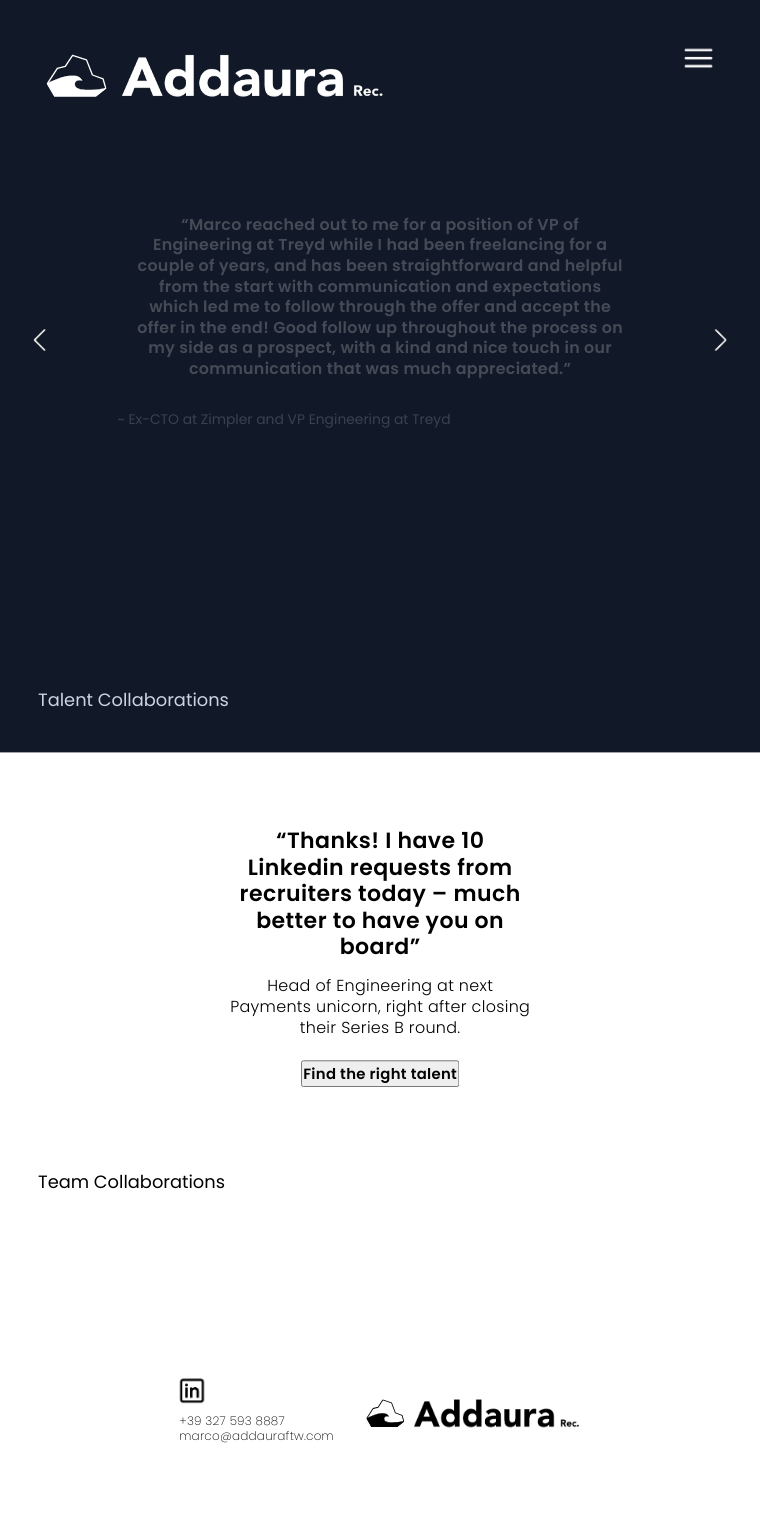
Repository: UnatPannu/Addaura-Trial
Page: public/clients.html
An editor plug-in stored every save of this project. The page is shown before and after the next save, followed by the edit.
The browser window is 768 px wide. The pictures show the whole page, at 99% of full size.

Above is the page before, as saved 2025-09-22 19:37:29.

After the next save:
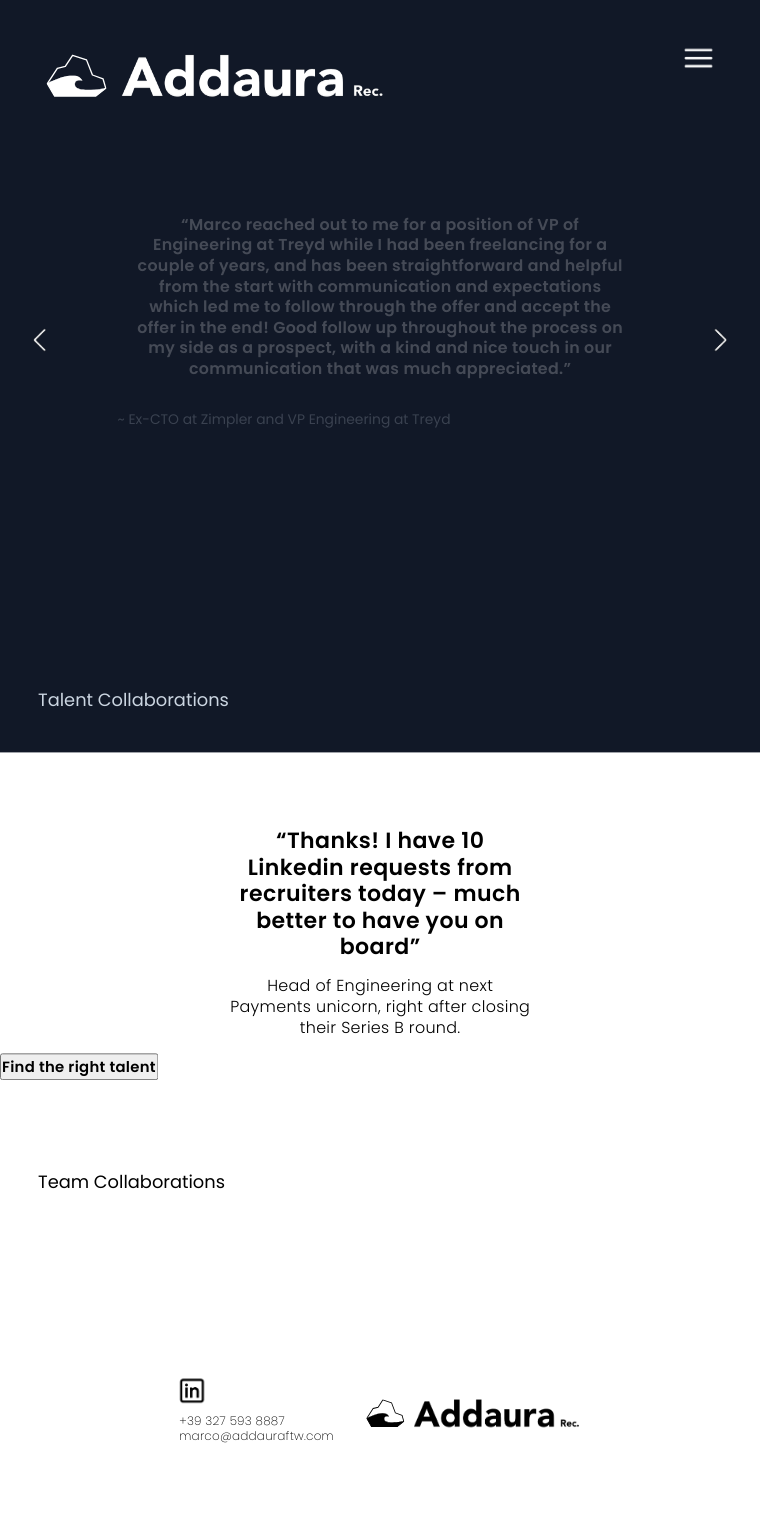
Saved 7 s later.
--- a/public/styles/clients.css
+++ b/public/styles/clients.css
@@ -158,5 +158,8 @@
   .logo-container.dark{
     display:none;
   }
-  .mobile-cta
+  .mobile-cta{
+    display:block;
+
+  }
 }

After the 2 saves that followed:
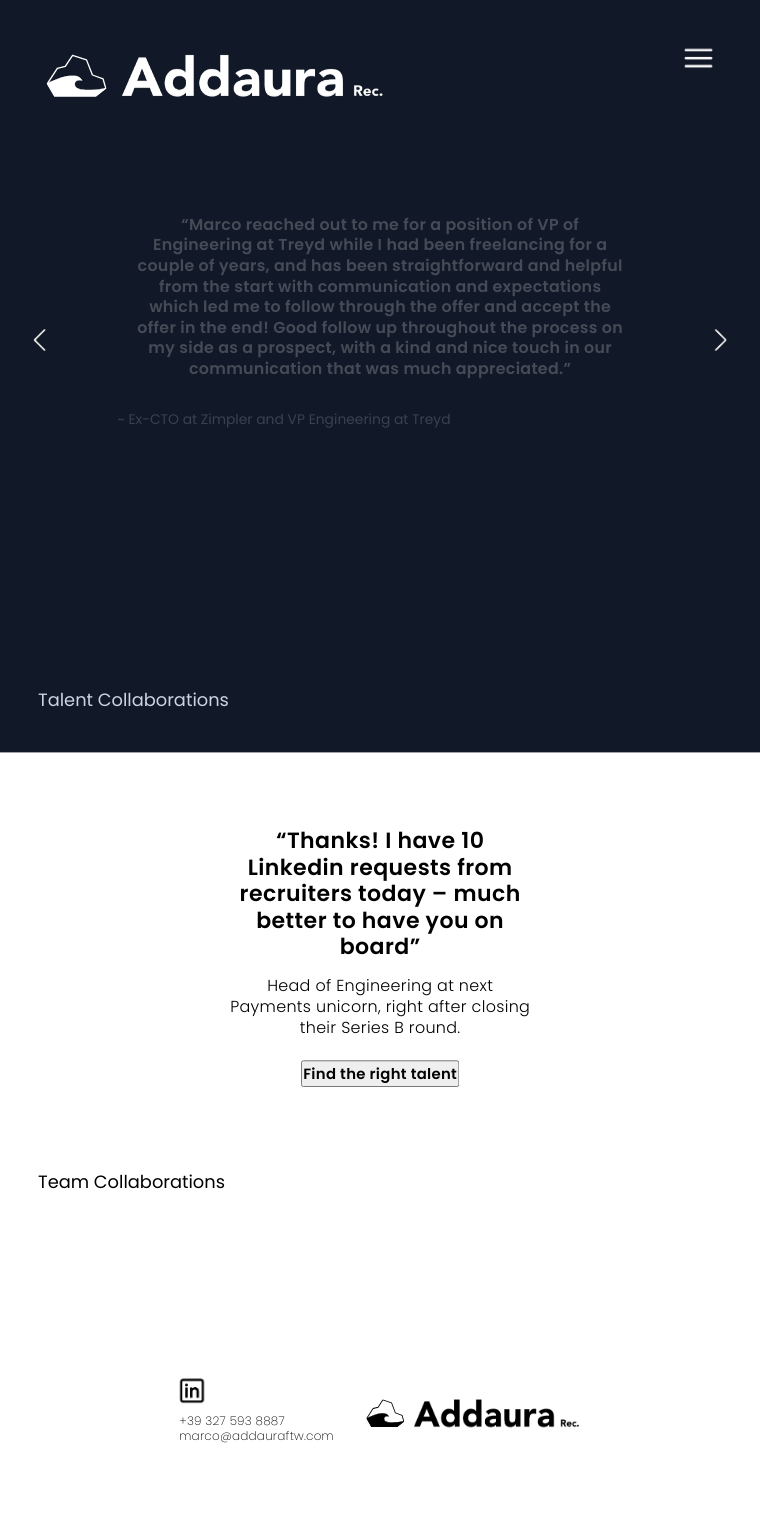
The 2 saves are shown as one change because they came seconds apart.
The last was saved 5 s later.
--- a/public/styles/clients.css
+++ b/public/styles/clients.css
@@ -158,7 +158,7 @@
   .logo-container.dark{
     display:none;
   }
-  .mobile-cta{
+  .mobile-cta button{
     display:block;
 
   }
